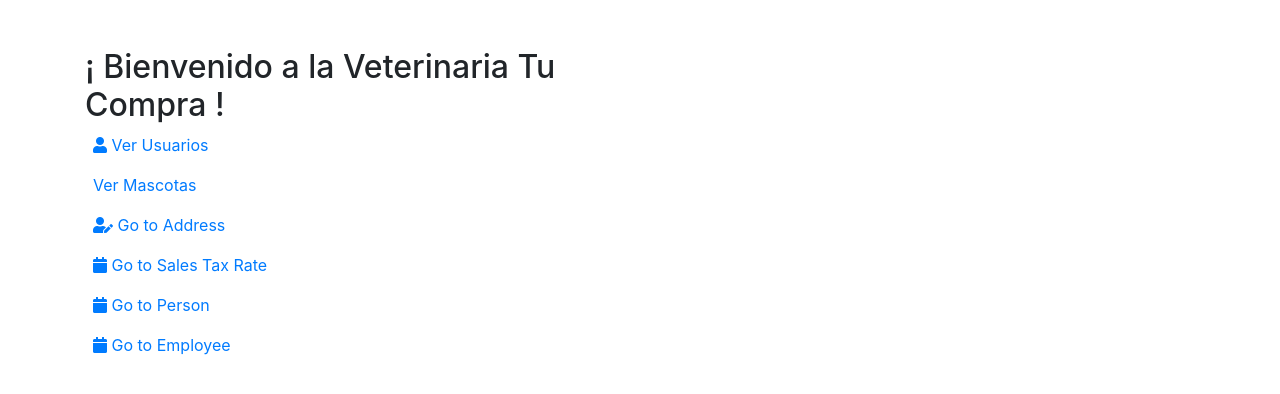
Repository: SebasBarrera/historial-clinico-veterinario
Page: historial-clinico-veterinario-backend/src/main/resources/static/index.html
These files come from the project's save history. The page is drawn as it stood at one moment and after the next save; the edit follows.
The browser window is 1280 px wide. The pictures show the whole page.
Some icons come from a web library that is not loaded, so they are not drawn. Some web libraries are served in a nearby version.

Above is the page before, as saved 2023-02-27 01:06:08.

### historial-clinico-veterinario-backend/src/main/resources/static/index.html
<!DOCTYPE html>
<html xmlns:th="http://www.thymeleaf.org">
<head>
<meta charset="utf-8">
<meta http-equiv="x-ua-compatible" content="ie=edge">
<title>Veterinaria Tu</title>
<meta name="viewport" content="width=device-width, initial-scale=1">
<link rel="stylesheet"
	href="https://stackpath.bootstrapcdn.com/bootstrap/4.1.3/css/bootstrap.min.css"
	integrity="sha384-MCw98/SFnGE8fJT3GXwEOngsV7Zt27NXFoaoApmYm81iuXoPkFOJwJ8ERdknLPMO"
	crossorigin="anonymous">
<link rel="stylesheet"
	href="https://use.fontawesome.com/releases/v5.4.1/css/all.css"
	integrity="sha384-5sAR7xN1Nv6T6+dT2mhtzEpVJvfS3NScPQTrOxhwjIuvcA67KV2R5Jz6kr4abQsz"
	crossorigin="anonymous">
</head>
<body>
	<div class="container my-5">
		<div class="row">
			<div class="col-md-6">
				<h2>¡ Bienvenido a la Veterinaria Tu Compra !</h2>

				<p><a href="/usuario/"><i class="fas fa-user ml-2"></i> Ver Usuarios</a></p>
				<p><a href="/mascota/"><i class="fa-solid fa-paw-simple ml-2"></i> Ver Mascotas</a></p>
				<p><a href="/Colaboradores/"><i class="fas fa-user-edit ml-2"></i> Go to Address</a></p>
				<p><a href="/salestaxrate/"><i class="fas fa-calendar ml-2"></i> Go to Sales Tax Rate</a></p>
				<p><a href="/person/"><i class="fas fa-calendar ml-2"></i> Go to Person</a></p>
				<p><a href="/employee/"><i class="fas fa-calendar ml-2"></i> Go to Employee</a></p>
				<!-- <p><a href="/specialqueries/address/"><i class="fas fa-calendar ml-2"></i> Go to Special Queries</a></p>-->
				<!--  <a href="/logout" class="btn btn-primary">Logout</a>-->
			</div>
		</div>
	</div>
</body>

After the next save:
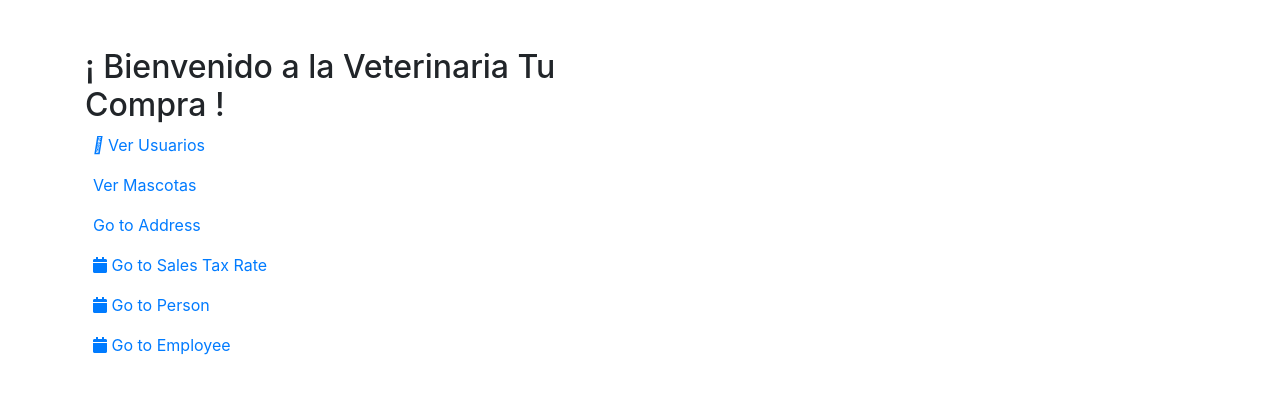
Saved 119 s later.
--- a/historial-clinico-veterinario-backend/src/main/resources/static/index.html
+++ b/historial-clinico-veterinario-backend/src/main/resources/static/index.html
@@ -20,9 +20,9 @@
 			<div class="col-md-6">
 				<h2>¡ Bienvenido a la Veterinaria Tu Compra !</h2>
 
-				<p><a href="/usuario/"><i class="fas fa-user ml-2"></i> Ver Usuarios</a></p>
+				<p><a href="/usuario/"><i class="fa-solid fa-user ml-2"></i> Ver Usuarios</a></p>
 				<p><a href="/mascota/"><i class="fa-solid fa-paw-simple ml-2"></i> Ver Mascotas</a></p>
-				<p><a href="/Colaboradores/"><i class="fas fa-user-edit ml-2"></i> Go to Address</a></p>
+				<p><a href="/colaborador/"><i class="fa-solid fa-user-doctor ml-2"></i> Go to Address</a></p>
 				<p><a href="/salestaxrate/"><i class="fas fa-calendar ml-2"></i> Go to Sales Tax Rate</a></p>
 				<p><a href="/person/"><i class="fas fa-calendar ml-2"></i> Go to Person</a></p>
 				<p><a href="/employee/"><i class="fas fa-calendar ml-2"></i> Go to Employee</a></p>
